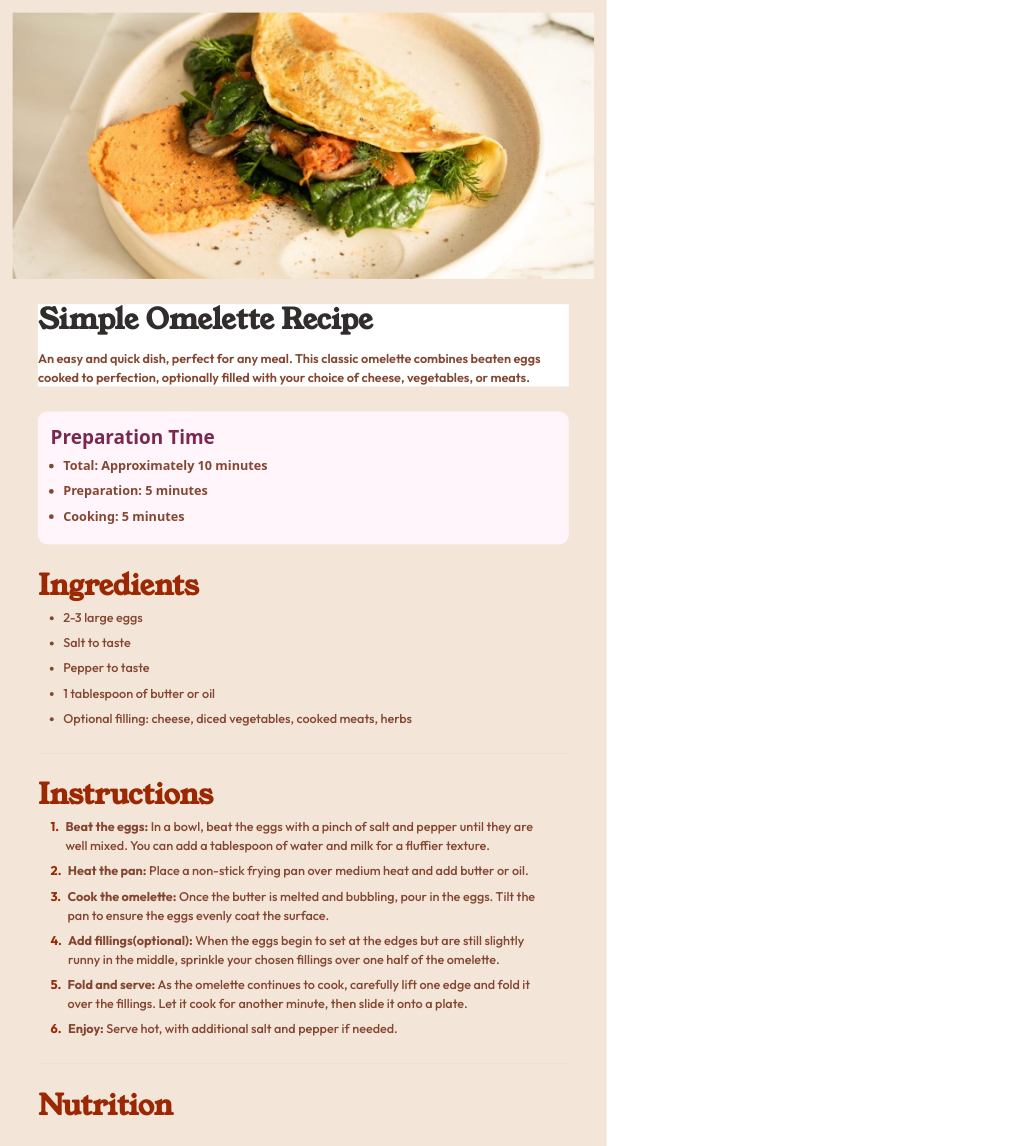
Repository: nivrii/recipe-page-main
Page: /
An editor plug-in stored every save of this project. The page is shown before and after the next save, followed by the edit.
The browser window is 1280 px wide. The pictures show the whole page, at 79% of full size.
The project was rebuilt for these pictures with package versions that can differ from the ones it lists, and the page was loaded fresh each time. Also part of the build but not shown: vite.config.js, src/index.css.

Above is the page before, as saved 2024-03-23 16:40:57.

After the next save:
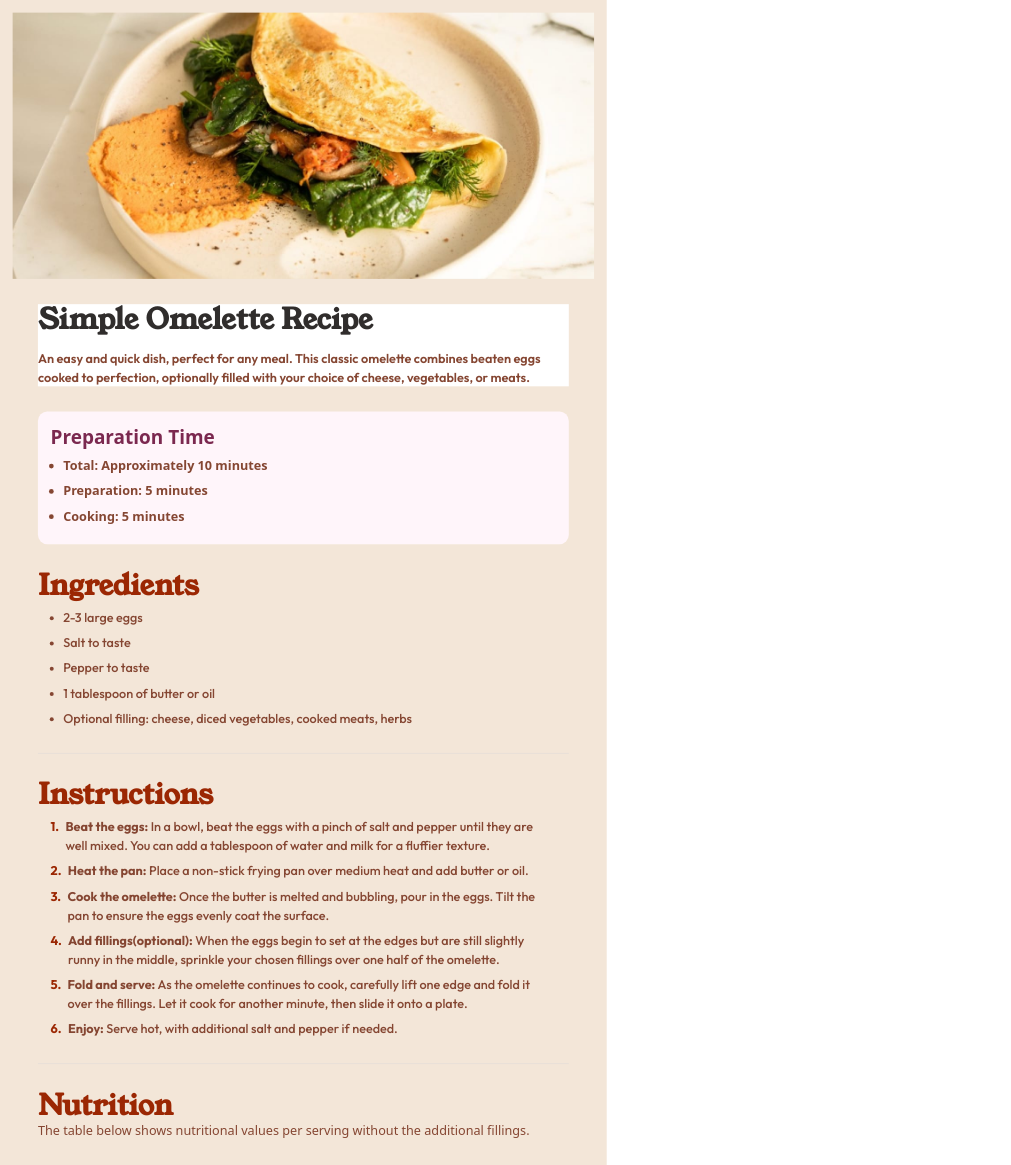
Saved 4 min 21 s later.
--- a/src/App.jsx
+++ b/src/App.jsx
@@ -109,6 +109,7 @@ function App() {
         <h1 className="text-left text-nutmegLight text-4xl font-bold font-young mt-8">
             Nutrition
           </h1>
+          <p className="text-nutmeg font-medium">The table below shows nutritional values per serving without the additional fillings.</p>
         </div>
       </div>
     </div>
